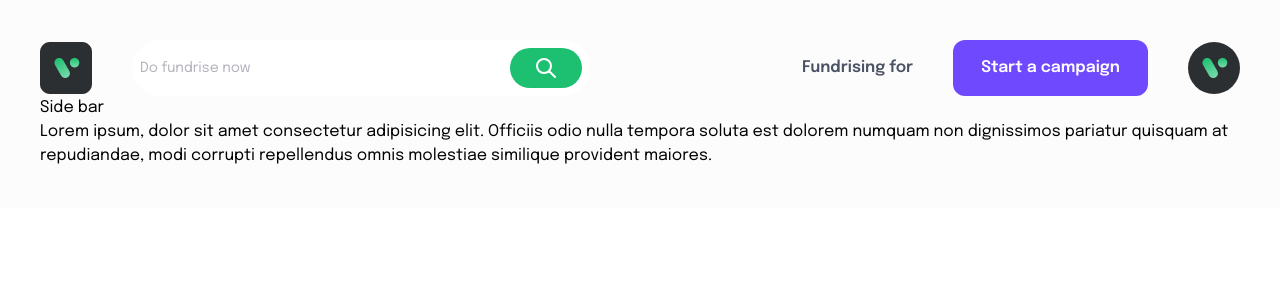
Repository: hoang0508/CrowFunding-APP
Page: /
These files come from the project's save history. The page is drawn as it stood at one moment and after the next save; the edit follows.
The browser window is 1280 px wide. The pictures show the whole page.
The project was rebuilt for these pictures with package versions that can differ from the ones it lists, and the page was loaded fresh each time. Also part of the build but not shown: src/components/common/ErrorComponent.js, src/components/button/ButtonGoogle.js. Imported but missing from the stored project, and not drawn on this page: src/store/reducers.

Above is the page before, as saved 2022-07-21 08:18:56.

### public/index.html
<!DOCTYPE html>
<html lang="en">
  <head>
    <meta charset="utf-8" />
    <link rel="icon" href="%PUBLIC_URL%/favicon.ico" />
    <meta name="viewport" content="width=device-width, initial-scale=1" />
    <meta name="theme-color" content="#000000" />
    <meta
      name="description"
      content="Web site created using create-react-app"
    />
    <link rel="apple-touch-icon" href="%PUBLIC_URL%/logo192.png" />
    <!--
      manifest.json provides metadata used when your web app is installed on a
      user's mobile device or desktop. See https://developers.google.com/web/fundamentals/web-app-manifest/
    -->
    <link rel="manifest" href="%PUBLIC_URL%/manifest.json" />
    <!--
      Notice the use of %PUBLIC_URL% in the tags above.
      It will be replaced with the URL of the `public` folder during the build.
      Only files inside the `public` folder can be referenced from the HTML.

      Unlike "/favicon.ico" or "favicon.ico", "%PUBLIC_URL%/favicon.ico" will
      work correctly both with client-side routing and a non-root public URL.
      Learn how to configure a non-root public URL by running `npm run build`.
    -->
    <link rel="preconnect" href="https://fonts.googleapis.com" />
    <link rel="preconnect" href="https://fonts.gstatic.com" crossorigin />
    <link
      href="https://fonts.googleapis.com/css2?family=Epilogue:wght@400;500;600;700&display=swap"
      rel="stylesheet"
    />
    <title>Crowfunding App</title>
  </head>
  <body>
    <noscript>You need to enable JavaScript to run this app.</noscript>
    <div id="root"></div>
    <!--
      This HTML file is a template.
      If you open it directly in the browser, you will see an empty page.

      You can add webfonts, meta tags, or analytics to this file.
      The build step will place the bundled scripts into the <body> tag.

      To begin the development, run `npm start` or `yarn start`.
      To create a production bundle, use `npm run build` or `yarn build`.
    -->
  </body>
</html>

### src/index.js
import React from "react";
import { createRoot } from "react-dom/client";
import App from "./App";
import reportWebVitals from "./reportWebVitals";
import "./index.scss";
import { Provider } from "react-redux";
import { store } from "./store/configureStore";
import { BrowserRouter } from "react-router-dom";

const container = document.getElementById("root");
const root = createRoot(container);

root.render(
  <BrowserRouter>
    <Provider store={store}>
      <App />
    </Provider>
  </BrowserRouter>
);

// If you want to start measuring performance in your app, pass a function
// to log results (for example: reportWebVitals(console.log))
// or send to an analytics endpoint. Learn more: https://bit.ly/CRA-vitals
reportWebVitals();

### src/App.js
import React, { lazy, Suspense } from "react";
import { Route, Routes } from "react-router-dom";
const SignUpPage = lazy(() => import("./pages/SignUpPage"));
const SignInPage = lazy(() => import("./pages/SignInPage"));
const DashboardPage = lazy(() => import("pages/DashboardPage"));

function App() {
  return (
    <Suspense fallback={<></>}>
      <Routes>
        <Route path="/" element={<DashboardPage />}></Route>
        <Route path="/sign-up" element={<SignUpPage />}></Route>
        <Route path="/sign-in" element={<SignInPage />}></Route>
      </Routes>
    </Suspense>
  );
}

export default App;

### src/index.scss
@tailwind base;
@tailwind components;
@tailwind utilities;
@layer base {
  body {
    @apply font-primary text-base font-normal;
    line-height: 1.5;
  }
  input {
    @apply outline-none;
  }
}

input:focus + .error-input {
  display: none;
}

### src/store/configureStore.js
import { configureStore } from "@reduxjs/toolkit";
import createSagaMiddleware from "@redux-saga/core";
import logger from "redux-logger";
import { reducer } from "./reducers";
const sagaMiddleware = createSagaMiddleware();

export const store = configureStore({
  reducer: reducer,
  middleware: (gDM) => gDM().concat(logger, sagaMiddleware),
});
// sagaMiddleware.run(rootSaga);

### src/pages/DashboardPage.js
import LayoutDashboard from "layout/LayoutDashboard";
import React from "react";

const DashboardPage = () => {
  return (
    <LayoutDashboard>
      Lorem ipsum, dolor sit amet consectetur adipisicing elit. Officiis odio
      nulla tempora soluta est dolorem numquam non dignissimos pariatur quisquam
      at repudiandae, modi corrupti repellendus omnis molestiae similique
      provident maiores.
    </LayoutDashboard>
  );
};

export default DashboardPage;

### src/components/button/index.js
export const { default: Button } = require("./Button");
export const { default: ButtonGoogle } = require("./ButtonGoogle");

### src/layout/LayoutDashboard.js
import DashboardSidebar from "modules/dashboard/DashboardSidebar";
import DashboardTopbar from "modules/dashboard/DashboardTopbar";
import React from "react";

const LayoutDashboard = ({ children }) => {
  return (
    <div className="p-10 bg-lite">
      <DashboardTopbar></DashboardTopbar>
      <div>
        <DashboardSidebar></DashboardSidebar>
        <div>{children}</div>
      </div>
    </div>
  );
};

export default LayoutDashboard;

### src/components/button/Button.js
import React from "react";
import PropTypes from "prop-types";
import classNames from "utils/className";

const Button = ({
  type,
  children,
  className = "",
  isLoading = false,
  ...rest
}) => {
  const child = !!isLoading ? (
    <div className="w-10 h-10 border-4 border-white border-t-transparent border-b-transparent rounded-full animate-spin"></div>
  ) : (
    children
  );
  return (
    <button
      type={type}
      className={classNames(
        "font-semibold p-4 rounded-xl flex justify-center items-center min-h-[56px]  text-white",
        !!isLoading ? "opacity-50 pointer-events-none" : "",
        className
      )}
      // className={`font-semibold py-4 rounded-xl flex justify-center items-center min-h-[56px]
      // ${className} text-white ${
      //   !!isLoading ? "opacity-50 pointer-events-none" : ""
      // }`}
      {...rest}
    >
      {child}
    </button>
  );
};

Button.propTypes = {
  type: PropTypes.string.isRequired,
  className: PropTypes.string,
  children: PropTypes.node,
  isLoading: PropTypes.bool,
};

export default Button;

### src/modules/dashboard/DashboardSidebar.js
import React from "react";

const DashboardSidebar = () => {
  return <div>Side bar</div>;
};

export default DashboardSidebar;

### src/modules/dashboard/DashboardTopbar.js
import { Button } from "components/button";
import React from "react";
import DashboardSearch from "./DashboardSearch";

const DashboardTopbar = () => {
  return (
    <div className="flex items-center justify-between">
      <div className="flex items-center gap-x-10 flex-1">
        <img src="/logo.png" alt="crowfunding-app" />
        <div className="w-full max-w-[458px] ">
          <DashboardSearch></DashboardSearch>
        </div>
      </div>
      <div className="flex items-center gap-x-10 flex-1 justify-end">
        <div className="text-text2 font-semibold flex items-center">
          Fundrising for
        </div>
        <Button className="bg-secondary px-7">Start a campaign</Button>
        <img
          src="/logo.png"
          alt="crowfunding-app"
          className="rounded-full object-cover"
        />
      </div>
    </div>
  );
};

export default DashboardTopbar;

### src/utils/className.js
export default function classNames(...args) {
  return args
    .reduce((acc, val) => {
      if (typeof val === "string") {
        return acc.concat(val.split(" "));
      }
      return acc.concat(Object.values(val));
    }, [])
    .join(" ");
}

### src/modules/dashboard/DashboardSearch.js
import React from "react";

const DashboardSearch = () => {
  return (
    <div className="bg-white rounded-full shadow-[10px_10px_20px_rgba(218, 213, 213, 0.15)] p-2 flex items-center">
      <div className="flex-1">
        <input
          type="text"
          placeholder="Do fundrise now"
          className=" w-full text-sm font-normal placeholder:text-text4 text-text1"
        />
      </div>
      <button className="w-[72px] h-10 rounded-full bg-primary text-white flex items-center justify-center flex-shrink-0">
        <svg
          xmlns="http://www.w3.org/2000/svg"
          className="h-6 w-6"
          fill="none"
          viewBox="0 0 24 24"
          stroke="currentColor"
        >
          <path
            strokeLinecap="round"
            strokeLinejoin="round"
            strokeWidth={2}
            d="M21 21l-6-6m2-5a7 7 0 11-14 0 7 7 0 0114 0z"
          />
        </svg>
      </button>
    </div>
  );
};

export default DashboardSearch;

### tailwind.config.js
module.exports = {
  darkMode: "class",
  content: ["./src/**/*.{js,jsx,ts,tsx}"],
  theme: {
    extend: {
      fontFamily: {
        primary: ["Epilogue", "sans-serif;"],
      },
      colors: {
        primary: "#1DC071",
        secondary: "#6F49FD",
        text1: "#171725",
        text2: "#4B5264",
        text3: "#808191",
        text4: "#B2B3BD",
        "icon-color": "#A2A2A8",
        white: "#FFFFFF",
        whiteSoft: "#FCFBFF",
        graySoft: "#FCFCFC",
        strock: "#F1F1F3",
        lite: "#FCFCFD",
        error: "#EB5757",
        darkbg: "#13131A",
        darkSecondary: "#1C1C24",
        softDark: "#22222C",
        darkSoft: "#24242C",
        darkStroke: "#3A3A43",
      },
    },
  },
  plugins: [],
};

Loaded but not shown: src/reportWebVitals.js (common file)

After the next save:
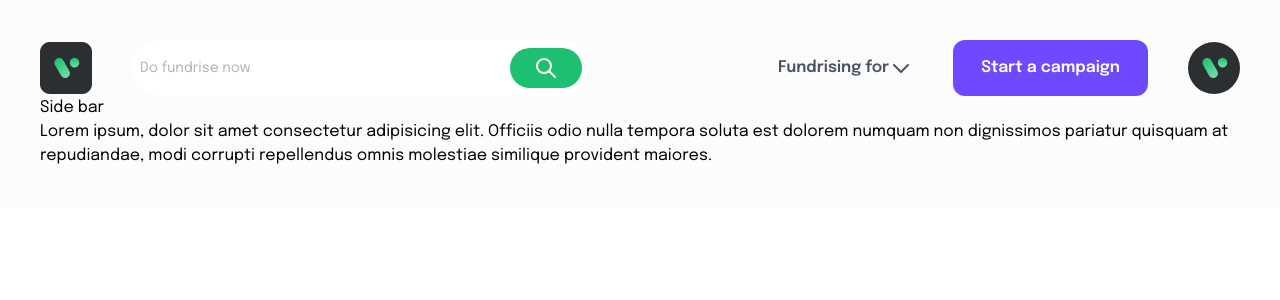
Saved 22 min 59 s later.
--- a/src/modules/dashboard/DashboardTopbar.js
+++ b/src/modules/dashboard/DashboardTopbar.js
@@ -13,7 +13,23 @@ const DashboardTopbar = () => {
       </div>
       <div className="flex items-center gap-x-10 flex-1 justify-end">
         <div className="text-text2 font-semibold flex items-center">
-          Fundrising for
+          <span>Fundrising for</span>
+          <span>
+            <svg
+              xmlns="http://www.w3.org/2000/svg"
+              className="h-6 w-6"
+              fill="none"
+              viewBox="0 0 24 24"
+              stroke="currentColor"
+            >
+              <path
+                strokeLinecap="round"
+                strokeLinejoin="round"
+                strokeWidth={2}
+                d="M19 9l-7 7-7-7"
+              />
+            </svg>
+          </span>
         </div>
         <Button className="bg-secondary px-7">Start a campaign</Button>
         <img
